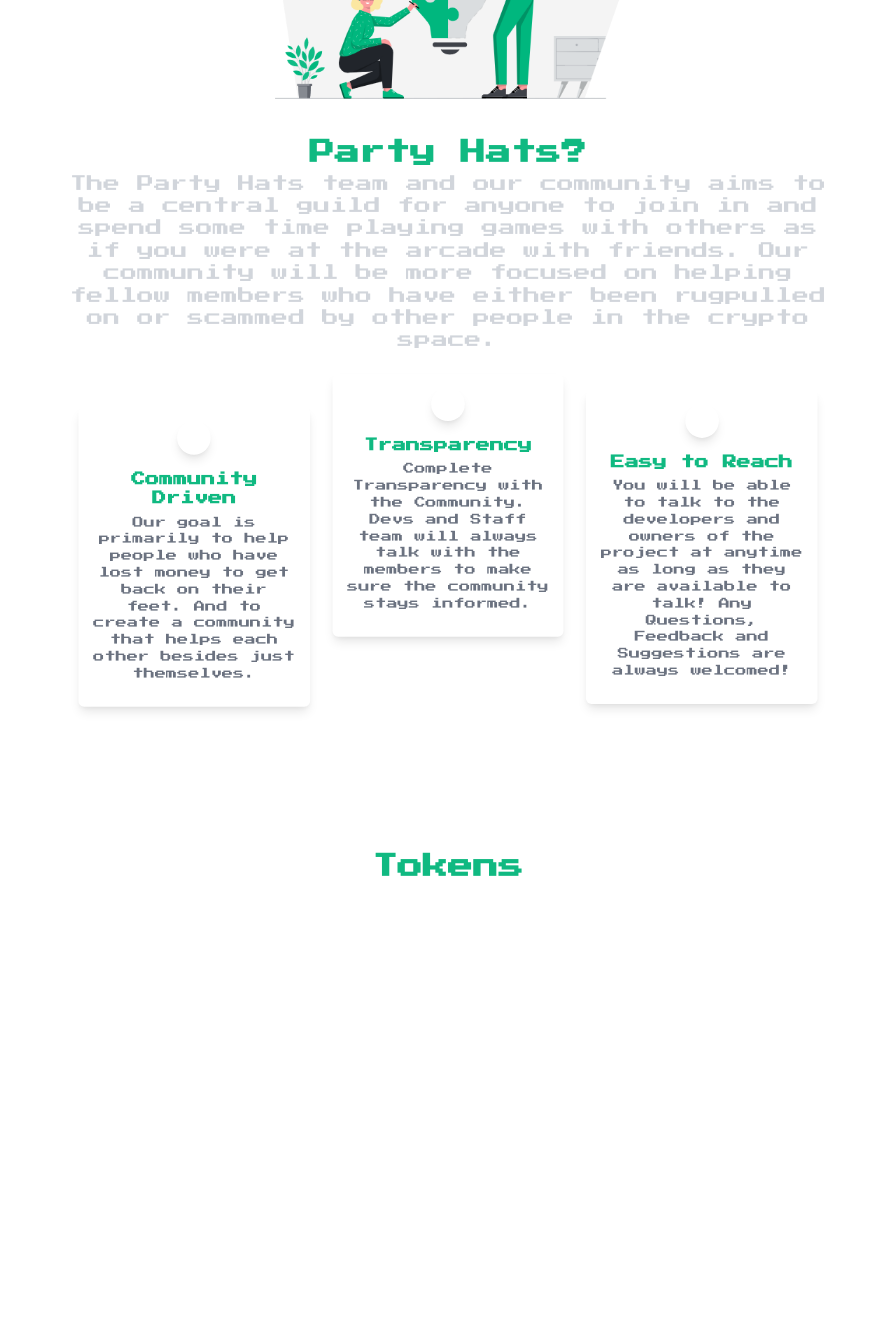
Repository: rhinorphan/phat-landing-page
Page: /
The author's editor kept a copy of each file at every save. The page is drawn from the files as they stood at one save, then again after the next save.
The browser window is 1280 px wide. The pictures show the part of the page from y = 1171 to 3091 px (the page is 4492 px tall before and 4332 px after), at 70% of full size.
The project was rebuilt for these pictures with package versions that can differ from the ones it lists, and the page was loaded fresh each time. Also part of the build but not shown: craco.config.js.

Above is the page before, as saved 2021-11-17 23:07:21.

After the next save:
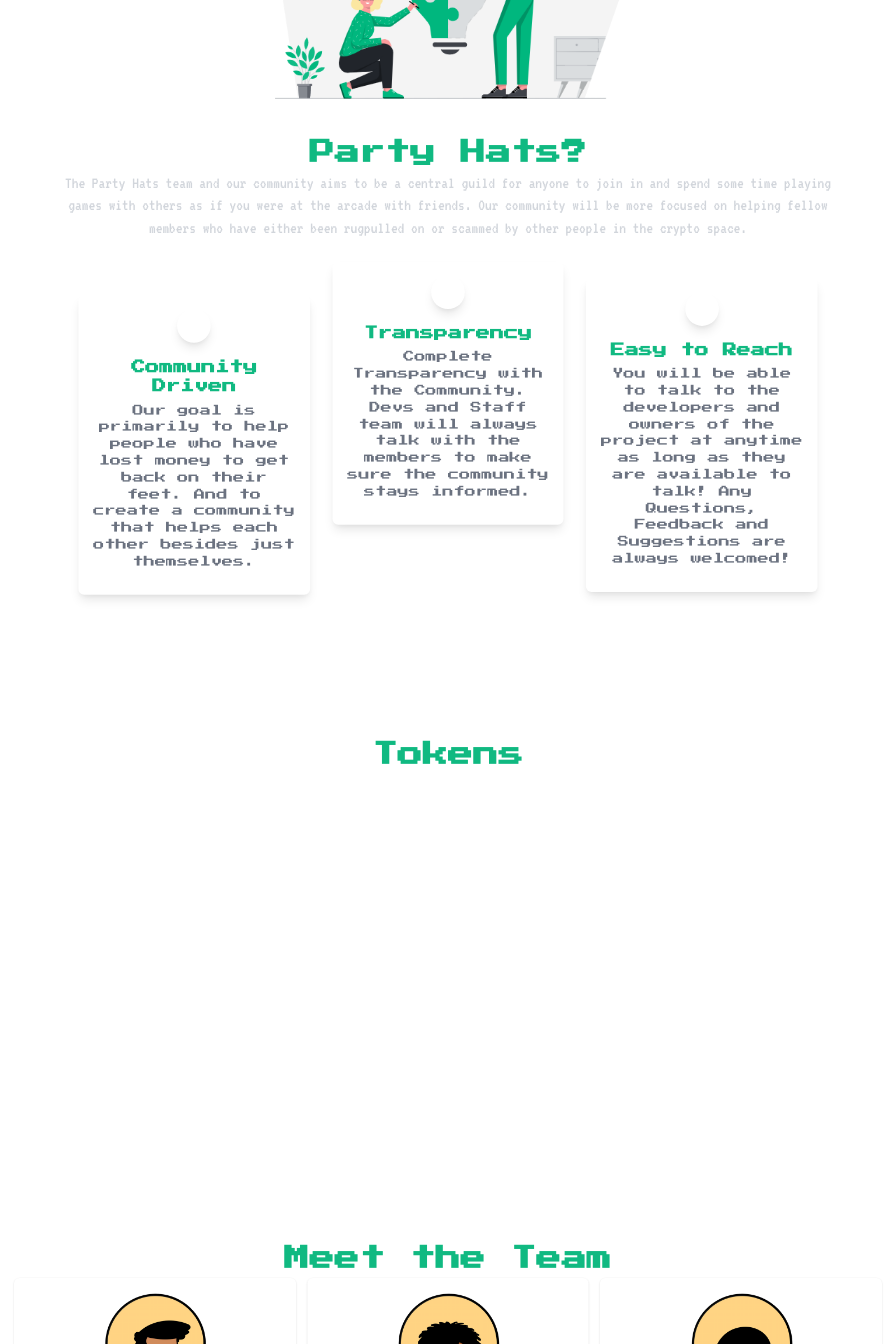
Saved 15 s later.
--- a/src/components/Community.js
+++ b/src/components/Community.js
@@ -10,7 +10,7 @@ function Community() {
         <h2 class="flex text-4xl  font-bold mb-2 text-green-500 justify-center">
         Party Hats?
         </h2>
-        <h3 class="flex text-2xl mb-2 text-gray-300 text-center">
+        <h3 class="flex text-2xl mb-2 text-gray-300 text-center normalText">
         The Party Hats team and our community aims to be a central guild for anyone to join in and spend some time playing games with others as if you were at the arcade with friends. Our community will be more focused on helping fellow members who have either been rugpulled on or scammed by other people in the crypto space.
         </h3>
         <section class="pb-10 bg-blueGray-200 mt-8">
